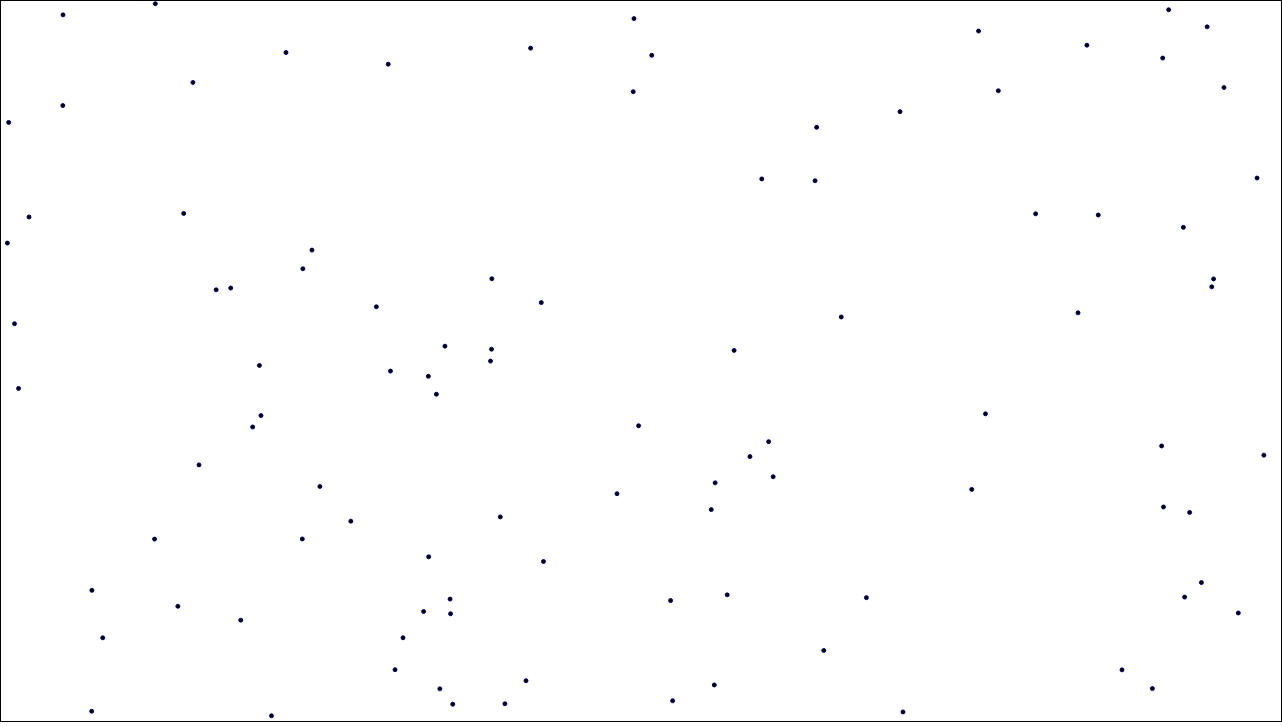
Repository: msminsu/study-canvas
Page: canvas/index.html
These files come from the project's save history. The page is drawn as it stood at one moment and after the next save; the edit follows.
The browser window is 1280 px wide. The page is 1282 px wide, so the pictures cover 1282 px, including what lies to the right of the window. The pictures show the whole page.

Above is the page before, as saved 2018-11-23 14:21:25.

After the next save:
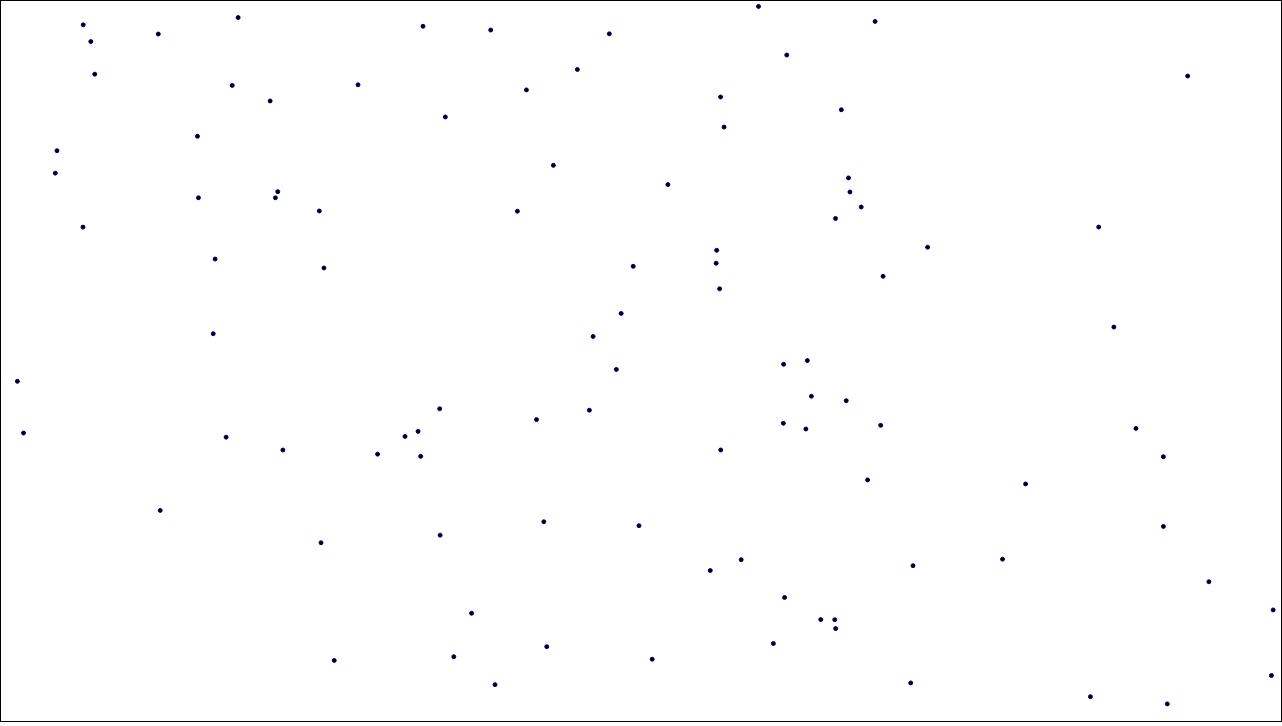
Saved 33 s later.
--- a/canvas/index.html
+++ b/canvas/index.html
@@ -99,8 +99,8 @@ for(var i =0; i<100; i++){
     var radius = 30;
     var x = Math.random() * (innerWidth - radius * 2) + radius;
     var y = Math.random() * (innerHeight - radius * 2) + radius;
-    var dx = (Math.random() - 0.5) * 8;
-    var dy = (Math.random() - 0.5) * 8;
+    var dx = (Math.random() - 0.5); //* 8;
+    var dy = (Math.random() - 0.5); //* 8;
     circleArr.push(new Circle(x, y, dx, dy, radius));
 }
 
